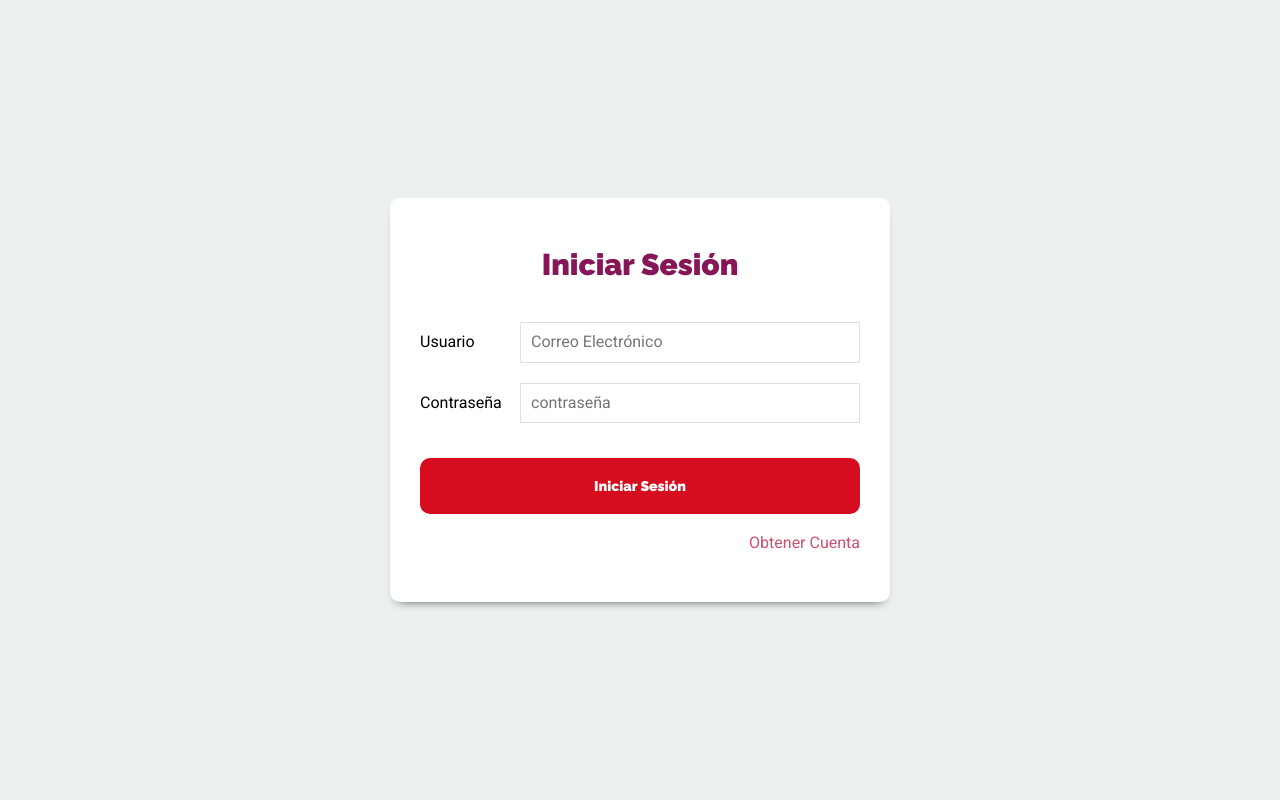
Repository: andrescovarrubias/admin-proyectos
Page: / (app in cliente/)
An editor plug-in stored every save of this project. The page is shown before and after the next save, followed by the edit.
The browser window is 1280 px wide. The pictures show the whole page.
The project was rebuilt for these pictures with package versions that can differ from the ones it lists, and the page was loaded fresh each time. Also part of the build but not shown: cliente/src/components/auth/NuevaCuenta.jsx, cliente/src/components/proyectos/NuevoProyecto.jsx, cliente/src/components/layout/SideBar.jsx, cliente/src/components/proyectos/Proyectos.jsx.

Above is the page before, as saved 2020-10-31 17:23:53.

### cliente/src/index.css
:root {
  --blanco: #ffffff;
  --blanco2: #fcf7ff;
  --blanco3: #ecf0f1;
  --azul1: #258ea6;
  --morado1: #4d376d;
  --morado2: #861657;
  --azul2: #1b065e;
  --azul3: #2e4052;
  --rojo: #d60d1e;
  --rojo2: #b8082c;
  --headingFont: "Raleway", sans-serif;
  --textFont: "Roboto", sans-serif;
}
*,
*:before,
*:after {
  box-sizing: inherit;
}
html {
  box-sizing: border-box;
  height: 100%;
  font-size: 62.5%;
}
body {
  min-height: 100%;
  background-color: #ecf0f1;
  font-size: 16px;
  font-size: 1.6rem;
  font-family: var(--textFont);
}

h1,
h2 {
  font-family: var(--headingFont);
  font-weight: 900;
  margin: 0 0 4rem 0;
  text-align: center;
  color: var(--rojo);
}
h1 span {
  font-weight: 400;
}
h1 {
  font-size: 3rem;
}
h2 {
  font-size: 2.4rem;
}
ul {
  list-style: none;
  padding: 0;
  margin: 0;
}
a {
  text-decoration: none;
  color: var(--gris2);
}

/** BOTONES **/
.btn {
  margin-top: 2vh;
  font-family: var(--headingFont);
  padding: 20px;
  font-size: 14px;
  font-weight: bold;
  border-radius: 10px;
  border: none;
  transition: background-color 0.3s ease;
}
.btn:hover {
  cursor: pointer;
}
.btn-primario {
  background-color: var(--rojo);
  color: var(--blanco);
}
.btn-primario:hover {
  background: rgb(185, 26, 47);
}
.btn-secundario {
  background-color: var(--rojo2);
}
.btn-block {
  display: block;
  width: 100%;
}
.btn-submit:hover {
  background-color: rgb(185, 26, 47);
}
.btn-blank {
  margin: 0;
  padding: 0;
  display: block;
  background-color: transparent;
}

@media (min-width: 768px) {
  .contenedor-app {
    display: flex;
    min-height: 100vh;
  }

  aside {
    background-color: var(--blanco);
    flex: 0 0 300px;
  }
  .seccion-principal {
    flex: 1;
  }
}

/* BARRA LATERAL */
aside {
  padding: 3rem;
}

.formulario-nuevo-proyecto {
  margin-top: 6rem;
}
.formulario-nuevo-proyecto .input-text {
  border-bottom: 1px solid var(--gris2);
  border-radius: 0;
  background-color: var(--gris1);
}
.formulario-nuevo-proyecto .input-text::placeholder {
  color: var(--gris2);
}
.proyectos {
  margin-top: 5vh;
}
.listado-proyectos li {
  margin-bottom: 2rem;
}
.listado-proyectos li a {
  font-size: 1.4rem;
  color: var(--gris2);
  line-height: 1.5;
  font-weight: 300;
}
.app-header {
  display: flex;
  justify-content: space-between;
  background-color: var(--gris2);
  padding: 4rem;
}
.nombre-usuario {
  color: var(--blanco);
  font-size: 2.2rem;
  margin: 0;
}
.nombre-usuario span {
  font-weight: 900;
}
.nav-principal a {
  color: var(--blanco);
  text-decoration: none;
}
.nav-principal a:first-of-type {
  margin-right: 2rem;
}

/** Formulario crear y editar tareas **/
.formulario {
  background-color: var(--gris3);
  padding: 4rem;
}
.formulario form {
  max-width: 600px;
  margin: 0 auto;
}
.contenedor-input {
  display: flex;
}
.contenedor-input label {
  margin-bottom: 1rem;
  color: var(--blanco);
}
.input-text {
  padding: 1rem;
  border: none;
  border-radius: 0.5rem;
  flex: 1;
  width: 100%;
}

/** TAREAS LISTADO **/
.contenedor-tareas {
  padding: 4rem;
}

.listado-tareas {
  max-width: 600px;
  margin: 0 auto;
}

.tarea {
  display: flex;
  justify-content: space-between;
  background-color: var(--blanco);
  padding: 0.5rem 2rem;
  align-items: center;
  margin-bottom: 1rem;
  border-radius: 0.5rem;
}
.sombra {
  -webkit-box-shadow: 0px 4px 10px -3px rgba(117, 117, 117, 1);
  -moz-box-shadow: 0px 4px 10px -3px rgba(117, 117, 117, 1);
  box-shadow: 0px 4px 10px -3px rgba(117, 117, 117, 1);
}
.sombra-dark {
  -webkit-box-shadow: 0px 6px 11px -8px rgba(0, 0, 0, 0.9);
  -moz-box-shadow: 0px 6px 11px -8px rgba(0, 0, 0, 0.9);
  box-shadow: 0px 6px 11px -8px rgba(0, 0, 0, 0.9);
}
.tarea .acciones .btn:first-of-type {
  margin-right: 1rem;
}
.tarea p {
  font-size: 1.6rem;
  flex: 1;
  padding-right: 2rem;
}
.tarea .btn {
  padding: 0.8rem;
  font-size: 1.4rem;
  border-radius: 0;
  margin: 0;
}

.estado {
  margin-right: 1rem;
}
.estado button,
.mensaje {
  font-weight: 900;
  font-family: var(--textFont);
  font-size: 1rem;
  padding: 0.5rem;
  border-radius: 0.5rem;
  cursor: pointer;
  border: none;
}
.mensaje {
  text-align: center;
  font-size: 1.6rem;
  border-radius: 0;
}
.mensaje:hover {
  cursor: default;
}
.completo,
.correcto {
  background-color: rgba(154, 252, 154, 0.3);
  color: var(--gris3);
}
.incompleto {
  background-color: rgba(255, 178, 178, 0.4);
  color: var(--gris3);
}
.error {
  max-width: 600px;
  margin: 2rem auto 0 auto;
  background-color: rgb(170, 0, 0);
  color: var(--blanco);
}

.tarea-enter,
.proyecto-enter {
  opacity: 0;
}
.tarea-enter-active,
.proyecto-enter-active {
  opacity: 1;
  transition: opacity 200ms;
}
.tarea-exit,
.proyecto-exit {
  opacity: 1;
}
.tarea-exit-active,
.proyecto-exit-active {
  opacity: 0;
  transition: opacity 200ms;
}

.form-usuario {
  height: 100vh;
  min-height: 800px;
  display: flex;
  align-items: center;
  justify-content: center;
}

.contenedor-form {
  padding: 5rem 3rem;
  max-width: 500px;
  width: 95%;
  background-color: var(--blanco);
  border-radius: 1rem;
}
.contenedor-form h1 {
  color: var(--morado2);
}

.campo-form {
  display: flex;
  margin-bottom: 2rem;
  align-items: center;
}
.campo-form:last-of-type {
  margin: 0;
}
.campo-form label {
  flex: 0 0 100px;
  font-family: var(--textFont);
}
.campo-form input[type="password"],
.campo-form input[type="email"],
.campo-form input[type="text"] {
  border: 1px solid #e1e1e1;
  padding: 1rem;
  flex: 1;
}

.enlace-cuenta {
  margin-top: 2rem;
  display: block;
  opacity: 0.7;
  float: right;
  color: var(--rojo2);
}
.enlace-cuenta:hover {
  text-decoration: underline var(--rojo);
}

.alerta {
  position: fixed;
  top: 0;
  left: 0;
  padding: 1rem 3rem;
  border-radius: 1rem;
  font-family: var(--headingFont);
  font-weight: 600;
  text-transform: uppercase;
  font-size: 2.2rem;
  text-align: center;
  width: 100%;
}
@media (min-width: 768px) {
  .alerta {
    width: auto;
    top: 30px;
    right: 10px;
    left: auto;
  }
}

.alerta-ok {
  background-color: rgb(109, 211, 109);
  color: rgb(2, 103, 2);
}
.alerta-error {
  background-color: rgb(230, 78, 78);
  color: var(--blanco);
}

### cliente/src/App.js
import React, {Fragment, useState, useEffect, useContext} from 'react';
import Login from './components/auth/Login';
import NuevaCuenta from './components/auth/NuevaCuenta';
import Proyectos from './components/proyectos/Proyectos';

import {BrowserRouter as Router, Switch, Route} from 'react-router-dom';


function App() {
  return (
    <Router>
      <Switch>
        <Route exact path='/' component = {Login} />
        <Route exact path='/nueva-cuenta' component = {NuevaCuenta} />
        <Route exact path='/proyectos' component = {Proyectos} />
      </Switch>
    </Router>
  );
}

export default App;

### cliente/src/components/auth/Login.jsx
import React, { useState } from 'react';
import {Link} from 'react-router-dom';


const Login = () => {

     // state para iniciar sesion
     const [usuario, guardarUsuario] = useState ({
          email:'',
          password:''
     });

     // extraer el usuario
     const {email, password} = usuario;

     const onChange = e => {
          guardarUsuario({
               ...usuario,
               [e.target.name] : e.target.value
          })
     }


     // cuando el usuario quiere iniciar sesion
     const onSubmit = e => {
          e.preventDefault();

          // validar que no haya campos vacios

          // contraseña minimo de 6 caracteres

          // contraseña iguales

          // pasarlo al action

     }

     return (
          <div className="form-usuario">
               <div className="contenedor-form sombra-dark">
                    <h1>Iniciar Sesión</h1>
                    <form
                         onSubmit = {onSubmit}
                    >
                         <div className="campo-form">
                              <label htmlFor="email">Usuario</label>
                              <input
                                   type="email"
                                   id="email"
                                   name="email"
                                   placeholder="Correo Electrónico"
                                   autocomplete="off"
                                   required
                                   value={email}
                                   onChange={onChange}
                              />
                         </div>
                         <div className="campo-form">
                              <label htmlFor="password">Contraseña</label>
                              <input
                                   type="password"
                                   id="password"
                                   name="password"
                                   placeholder="contraseña"
                                   autocomplete="off"
                                   value={password}
                                   required
                                   onChange={onChange}
                              />
                         </div>

                         <div className="campo-form">
                              <input type="submit" className=" btn btn-primario btn-block" value="Iniciar Sesión"/>
                         </div>
                    </form>
                    <Link to={'/nueva-cuenta'} className="enlace-cuenta">
                         Obtener Cuenta
                    </Link>
               </div>
          </div>
      );
}

export default Login;

Loaded but not shown: cliente/public/index.html (common file); cliente/src/index.js (common file); cliente/src/reportWebVitals.js (common file)

After the next save:
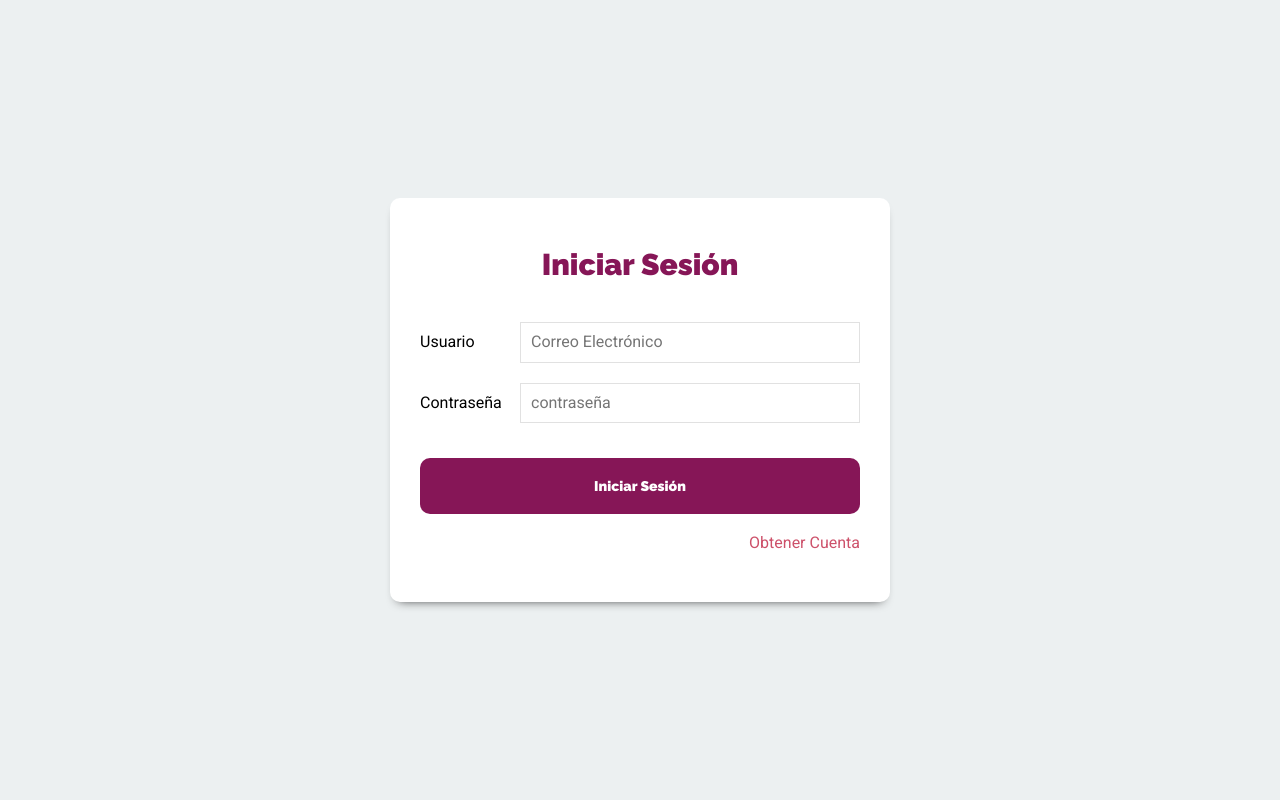
Saved 23 s later.
--- a/cliente/src/index.css
+++ b/cliente/src/index.css
@@ -72,7 +72,7 @@ a {
   cursor: pointer;
 }
 .btn-primario {
-  background-color: var(--rojo);
+  background-color: var(--morado2);
   color: var(--blanco);
 }
 .btn-primario:hover {
